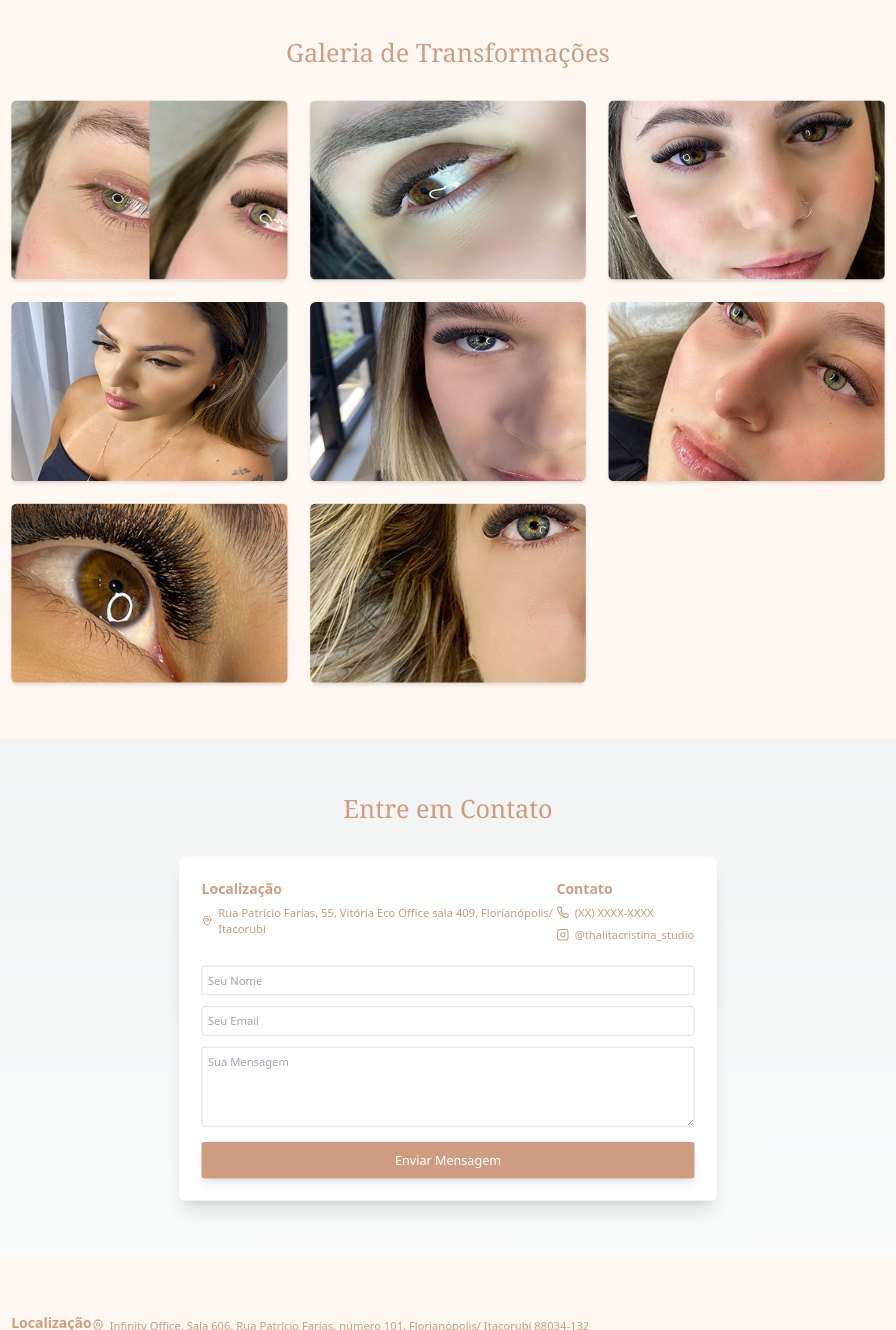
Repository: fhoinaski/thalitapage
Page: /
The author's editor kept a copy of each file at every save. The page is drawn from the files as they stood at one save, then again after the next save.
The browser window is 1280 px wide. The pictures show the part of the page from y = 2069 to 3969 px (the page is 4548 px tall), at 70% of full size.
Pictures or frames that could not be fetched are drawn as grey boxes. The project was rebuilt for these pictures with package versions that can differ from the ones it lists, and the page was loaded fresh each time. The framework's server and built-in components were replaced by stand-ins that run in the browser. Also part of the build but not shown: next.config.mjs.

Above is the page before, as saved 2024-07-01 00:49:16.

### src/app/layout.js
import { Inter } from "next/font/google";
import "./globals.css";

const inter = Inter({ subsets: ["latin"] });

export const metadata = {
  title: "THALITA CRISTINA STUDIO & ACADEMY",
  description: "Generated by create next app",
};

export default function RootLayout({ children }) {
  return (
    <html lang="pt-br">
      <body className={inter.className}>{children}</body>
    </html>
  );
}

### src/app/globals.css
@tailwind base;
@tailwind components;
@tailwind utilities;
@import 'leaflet/dist/leaflet.css';

:root {
  --foreground-rgb: 0, 0, 0;
  --background-start-rgb: 214, 219, 220;
  --background-end-rgb: 255, 255, 255;
}

@media (prefers-color-scheme: dark) {
  :root {
    --foreground-rgb: 255, 255, 255;
    --background-start-rgb: 0, 0, 0;
    --background-end-rgb: 0, 0, 0;
  }
}

body {
  color: rgb(var(--foreground-rgb));
  background: linear-gradient(
      to bottom,
      transparent,
      rgb(var(--background-end-rgb))
    )
    rgb(var(--background-start-rgb));
}

@layer utilities {
  .text-balance {
    text-wrap: balance;
  }
}
.debug-menu {
  border: 2px solid red !important;
}

@keyframes fadeIn {
  from { opacity: 0; }
  to { opacity: 1; }
}

@keyframes fadeInDown {
  from {
    opacity: 0;
    transform: translateY(-10px);
  }
  to {
    opacity: 1;
    transform: translateY(0);
  }
}

@keyframes fadeInUp {
  from {
    opacity: 0;
    transform: translateY(10px);
  }
  to {
    opacity: 1;
    transform: translateY(0);
  }
}

.animate-fade-in {
  animation: fadeIn 0.5s ease-out;
}

.animate-fade-in-down {
  animation: fadeInDown 0.5s ease-out;
}

.animate-fade-in-up {
  animation: fadeInUp 0.5s ease-out;
}

### src/components/loading.js
import React, { useState, useEffect } from 'react';

const colors = {
  primary: '#f8dbc5',
  secondary: '#CE9D81',
  terciary: '#333333',
  'text-white': '#fff8f2',
  text: '#C09C81',
  background: '#FFF8F2',
};

const loaderStyles = `
  @keyframes fadeIn {
    0% { opacity: 0; }
    100% { opacity: 1; }
  }

  @keyframes scaleUp {
    0% { transform: scale(0.8); }
    100% { transform: scale(1); }
  }

  @keyframes rotate {
    0% { transform: rotate(0deg); }
    100% { transform: rotate(360deg); }
  }

  .loader-container {
    position: fixed;
    top: 0;
    left: 0;
    width: 100vw;
    height: 100vh;
    display: flex;
    justify-content: center;
    align-items: center;
    background-color: ${colors.background};
    z-index: 9999;
  }

  .loader-content {
    text-align: center;
    animation: fadeIn 1s ease-out;
  }

  .loader-spinner {
    width: 60px;
    height: 60px;
    border: 5px solid ${colors.primary};
    border-top: 5px solid ${colors.secondary};
    border-radius: 50%;
    animation: rotate 1s linear infinite;
    margin: 0 auto 20px;
  }

  .loader-text {
    font-size: 24px;
    font-weight: bold;
    color: ${colors.terciary};
    animation: scaleUp 0.5s ease-out;
  }

  .loader-subtext {
    font-size: 18px;
    color: ${colors.text};
    margin-top: 10px;
    animation: scaleUp 0.5s ease-out 0.2s both;
  }
`;

const ElegantLoader = ({ onComplete }) => {
  const [visible, setVisible] = useState(true);

  useEffect(() => {
    const timer = setTimeout(() => {
      setVisible(false);
      if (onComplete) onComplete();
    }, 3000); // Loader durará 3 segundos

    return () => clearTimeout(timer);
  }, [onComplete]);

  if (!visible) return null;

  return (
    <>
      <style>{loaderStyles}</style>
      <div className="loader-container">
        <div className="loader-content">
          <div className="loader-spinner"></div>
          <div className="loader-text">THALITA CRISTINA</div>
          <div className="loader-subtext">STUDIO & ACADEMY</div>
        </div>
      </div>
    </>
  );
};

export default ElegantLoader;

### src/components/BackgroundVideo.js
'use client'

import React, { useRef, useEffect } from 'react';
import { motion, useScroll, useTransform } from 'framer-motion';

const BackgroundVideo = ({ videoSrc }) => {
  const videoRef = useRef(null);
  const { scrollY } = useScroll();
  const opacity = useTransform(scrollY, [0, 500], [1, 0.3]);

  useEffect(() => {
    if (videoRef.current) {
      videoRef.current.playbackRate = 0.75; // Adjust playback speed if desired
    }
  }, []);

  return (
    <motion.div
      style={{
        position: 'fixed',
        top: 0,
        left: 0,
        width: '100%',
        height: '100%',
        zIndex: -1,
        opacity,
      }}
    >
      <video
        ref={videoRef}
        autoPlay
        loop
        muted
        playsInline
        style={{
          width: '100%',
          height: '100%',
          objectFit: 'cover',
        }}
      >
        <source src={videoSrc} type="video/mp4" />
        Your browser does not support the video tag.
      </video>
    </motion.div>
  );
};

export default BackgroundVideo;

### src/components/AddresMap.js
import {
  motion,
  AnimatePresence,
  useAnimate,
  stagger,
  useInView,
} from "framer-motion";
import { MapContainer, TileLayer, Marker, Popup } from 'react-leaflet';
import 'leaflet/dist/leaflet.css';
import L from 'leaflet';
import { MapPin } from "lucide-react";


const colors = {
  primary: "#f8dbc5",
  secondary: "#CE9D81",
  terciary: "#333333",
  "text-white": "#fff8f2",
  text: "#C09C81",
  background: "#FFF8F2",
  accent: "#CD853F",

};


const customIcon = new L.Icon({
  iconUrl: "data:[embedded picture, 327 characters]",
  iconSize: [32, 32],
  iconAnchor: [16, 32],
  popupAnchor: [0, -32]
});



const AddressMap = () => {
  const position = [-27.574766, -48.510267]; // Latitude e Longitude para Florianópolis

  return (
    <motion.section
    id="sobre"
    className="py-20"
    style={{ backgroundColor: colors.background }}
    initial={{ opacity: 0 }}
    whileInView={{ opacity: 1 }}
    transition={{ duration: 0.8 }}
    viewport={{ once: true }}
  >
    <div className="container mx-auto px-4">
    <div className="mb-6 md:mb-0 flex ">
            <h3
              className="text-xl font-semibold mb-2"
              style={{ color: colors.secondary }}
            >
              Localização
            </h3>
            <p className="flex items-center justify-center" style={{ color: colors.text }}>
              <MapPin className="mr-2" size={18} />
              Infinity Office, Sala 606, Rua Patrício Farias, número 101,
              Florianópolis/ Itacorubi 88034-132
            </p>
          </div>
      <motion.div
        initial={{ y: 50, opacity: 0 }}
        whileInView={{ y: 0, opacity: 1 }}
        transition={{ duration: 0.8 }}
        viewport={{ once: true }}
        className="max-w-3xl mx-auto text-center"
      >
    <div style={{ height: '400px', width: '100%' }}>
      <MapContainer center={position} zoom={15} style={{ height: '100%', width: '100%' }}>
      <TileLayer
          url="https://{s}.tile.openstreetmap.org/{z}/{x}/{y}.png"

        />
        <Marker position={position} icon={customIcon}>
          <Popup>
            Infinity Office, Sala 606<br />
            Rua Patrício Farias, número 101<br />
            Itacorubi 88034-132
          </Popup>
        </Marker>
      </MapContainer>
    </div>
    </motion.div>
    </div>
  </motion.section>
  );
};

export default AddressMap;

### tailwind.config.js
/** @type {import('tailwindcss').Config} */
module.exports = {
  content: [
    "./src/pages/**/*.{js,ts,jsx,tsx,mdx}",
    "./src/components/**/*.{js,ts,jsx,tsx,mdx}",
    "./src/app/**/*.{js,ts,jsx,tsx,mdx}",
  ],
  theme: {
    extend: {
      backgroundImage: {
        "gradient-radial": "radial-gradient(var(--tw-gradient-stops))",
        "gradient-conic":
          "conic-gradient(from 180deg at 50% 50%, var(--tw-gradient-stops))",
      },
      colors: {
        'desert-sand': {
          DEFAULT: '#e8c9b4',
          100: '#3f2513',
          200: '#7e4a27',
          300: '#be6f3a',
          400: '#d59c76',
          500: '#e8c9b4',
          600: '#edd4c4',
          700: '#f1dfd3',
          800: '#f6eae1',
          900: '#faf4f0'
        },
        'lion': {
          DEFAULT: '#c69877',
          100: '#2d1d13',
          200: '#593b25',
          300: '#865838',
          400: '#b2764b',
          500: '#c69877',
          600: '#d1ac92',
          700: '#ddc1ad',
          800: '#e8d6c8',
          900: '#f4eae4'
        },
        'chamoisee': {
          DEFAULT: '#a77753',
          100: '#211810',
          200: '#433021',
          300: '#644831',
          400: '#865f42',
          500: '#a77753',
          600: '#ba9274',
          700: '#ccad96',
          800: '#ddc9b9',
          900: '#eee4dc'
        }
      }
    },
  },
  plugins: [],
};

Loaded but not shown: src/app/page.js (756 lines, source omitted)

After the next save:
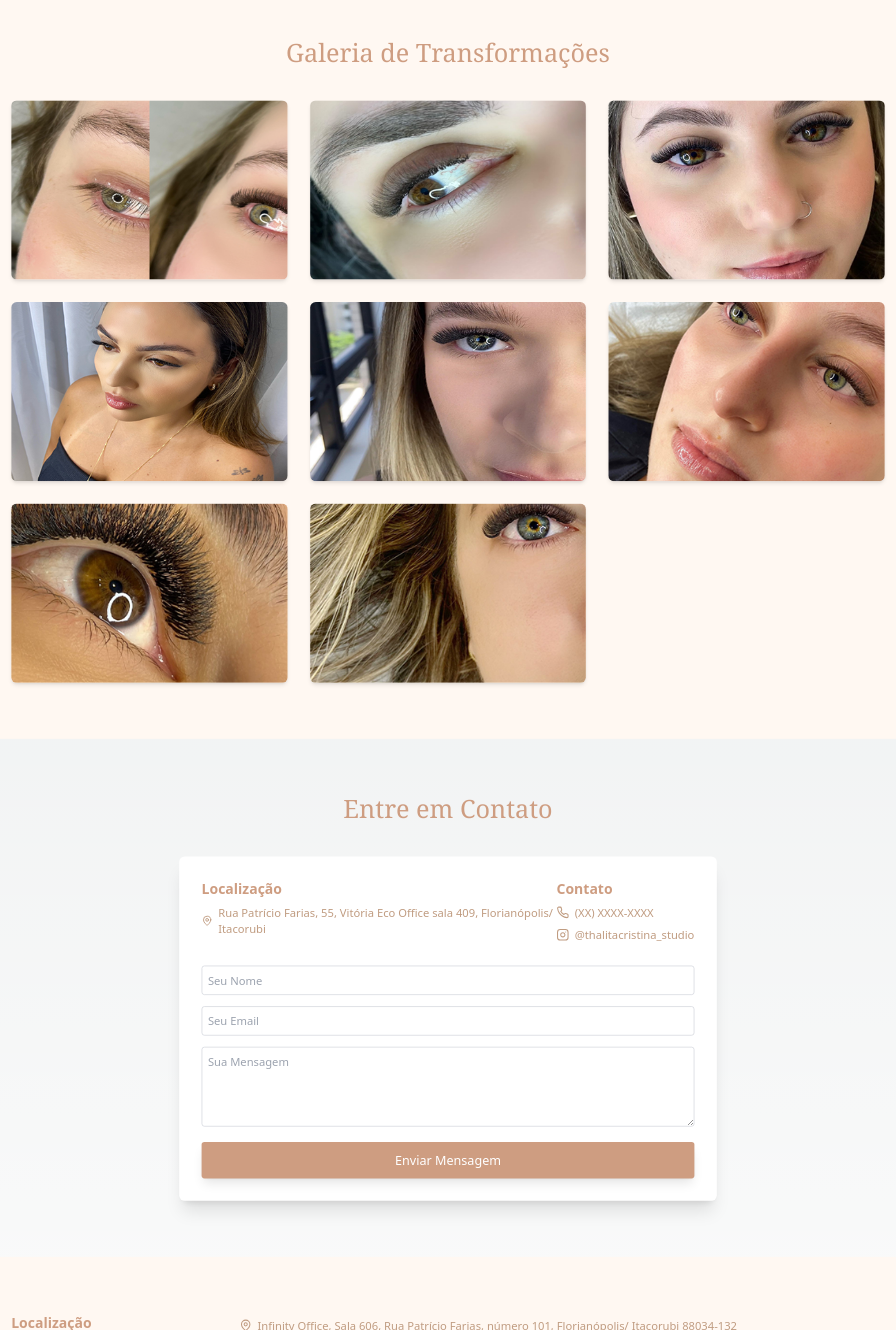
Saved 24 s later.
--- a/src/components/AddresMap.js
+++ b/src/components/AddresMap.js
@@ -53,7 +53,7 @@
             >
               Localização
             </h3>
-            <p className="flex items-center justify-center" style={{ color: colors.text }}>
+            <p className="flex items-center justify-center w-full" style={{ color: colors.text }}>
               <MapPin className="mr-2" size={18} />
               Infinity Office, Sala 606, Rua Patrício Farias, número 101,
               Florianópolis/ Itacorubi 88034-132

After the save that followed:
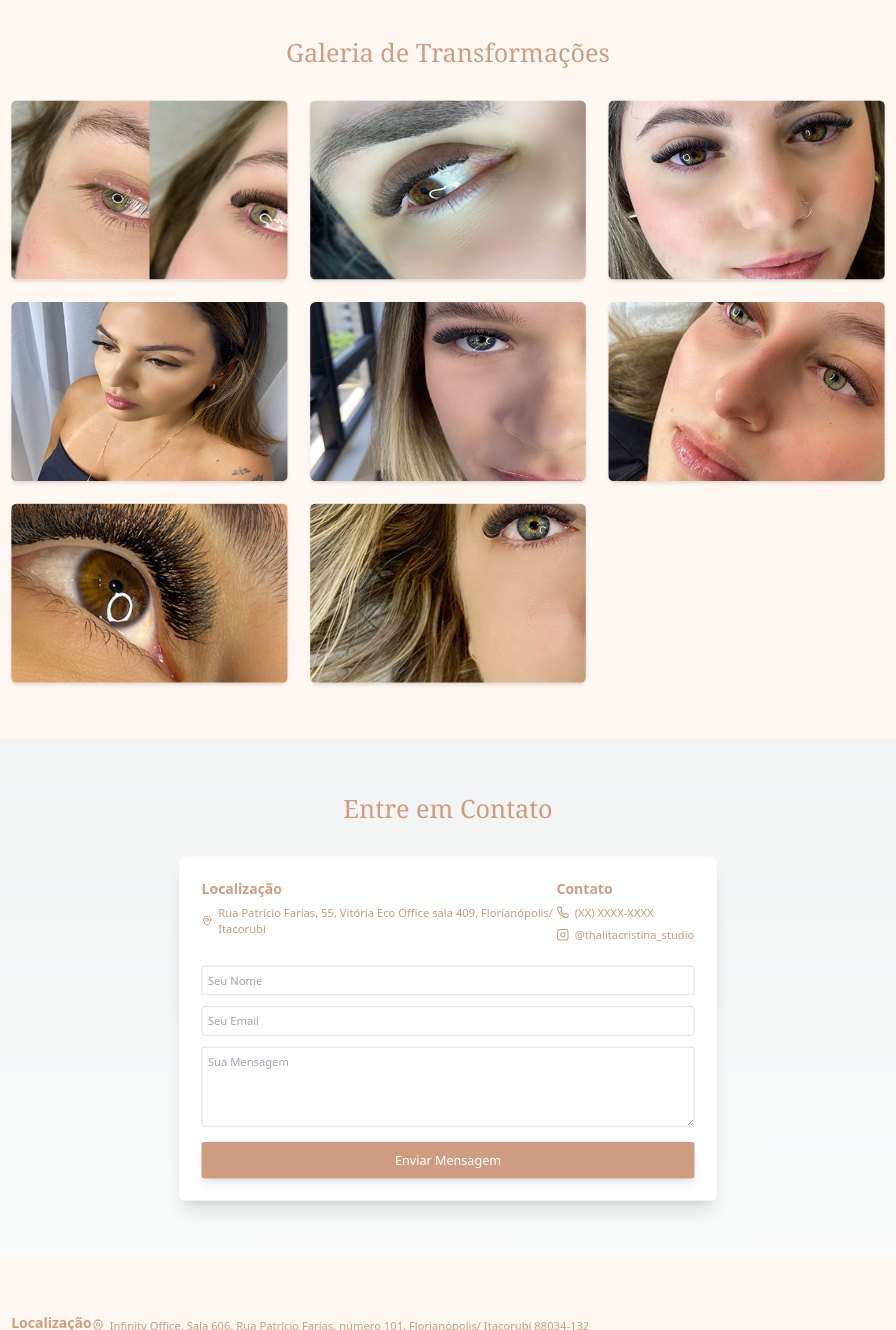
Saved 14 s later.
--- a/src/components/AddresMap.js
+++ b/src/components/AddresMap.js
@@ -53,7 +53,7 @@
             >
               Localização
             </h3>
-            <p className="flex items-center justify-center w-full" style={{ color: colors.text }}>
+            <p className="flex items-center " style={{ color: colors.text }}>
               <MapPin className="mr-2" size={18} />
               Infinity Office, Sala 606, Rua Patrício Farias, número 101,
               Florianópolis/ Itacorubi 88034-132
